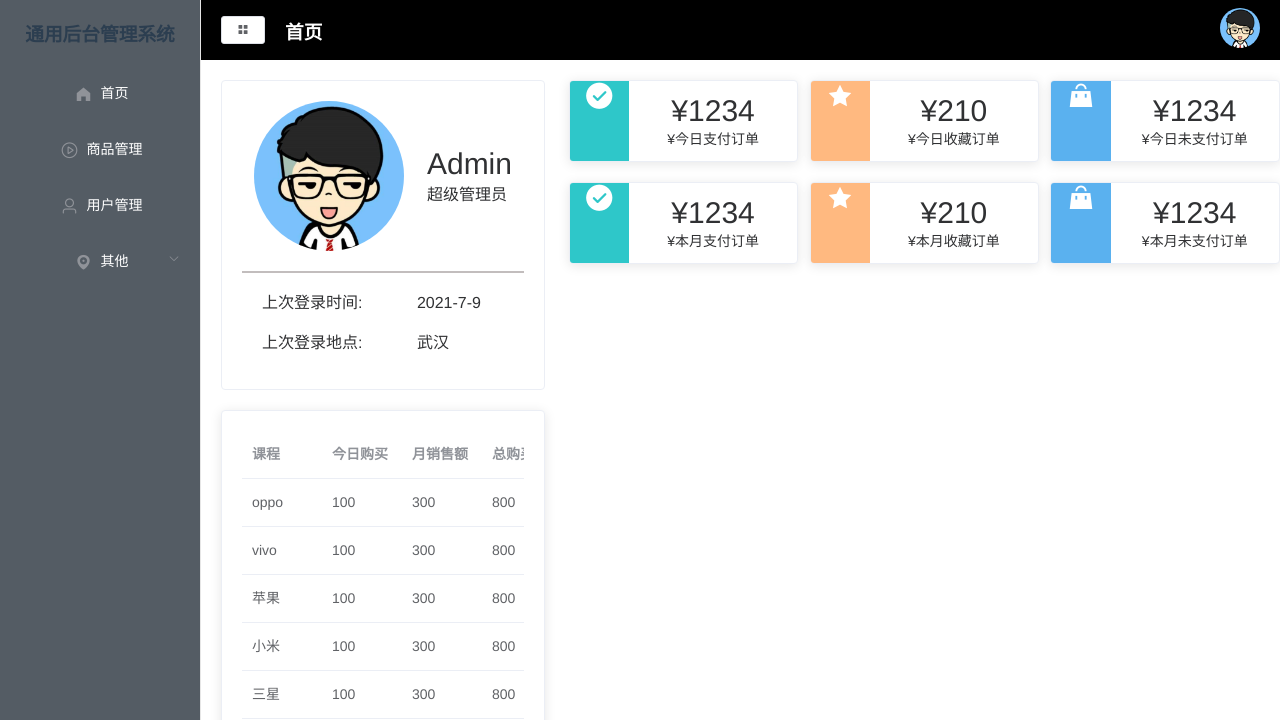
Repository: 385841539/VueStudy
Page: / (app in vue_cli/)
An editor plug-in stored every save of this project. The page is shown before and after a run of saves, followed by the edit.
The browser window is 1280 px wide. The pictures show the whole page.
An inner scrolling area shows only its first screen. The project was rebuilt for these pictures with package versions that can differ from the ones it lists, and the page was loaded fresh each time. Also part of the build but not shown: vue_cli/vue.config.js.

Above is the page before, as saved 2022-01-13 15:16:44.

### vue_cli/public/index.html
<!DOCTYPE html>
<html lang="">

<head>
  <meta charset="utf-8">
  <meta http-equiv="X-UA-Compatible" content="IE=edge">
  <meta name="viewport" content="width=device-width,initial-scale=1.0">
  <link rel="icon" href="<%= BASE_URL %>favicon.ico">
  <title>
    <%= htmlWebpackPlugin.options.title %>
  </title>
  <style>
    body {

      padding: 0px;
      margin: 0px;
      width: 100%;
      height: 100%;

    }
  </style>
</head>

<body>
  <noscript>
    <strong>We're sorry but <%= htmlWebpackPlugin.options.title %> doesn't work properly without JavaScript enabled.
        Please enable it to continue.</strong>
  </noscript>
  <div id="app"></div>
  <!-- built files will be auto injected -->
</body>

</html>

### vue_cli/src/main.js
import Vue from 'vue'
import App from './App.vue'
import './registerServiceWorker'
import router from './router'
import store from './store'

import ElementUI from 'element-ui';
import 'element-ui/lib/theme-chalk/index.css';

Vue.use(ElementUI);


Vue.config.productionTip = false



new Vue({
  router,
  store,
  render: h => h(App)
}).$mount('#app')

### vue_cli/src/App.vue
<template>
  <div id="app">
    <!-- <p>这是一个P段落</p>
    <el-button>按钮</el-button>
    <el-button type="info">信息</el-button>
    <el-radio v-model="radio" label="1">备选项1</el-radio>
    <el-radio v-model="radio" label="2">备选项1</el-radio>

    <div>
      <router-link to="/">去home组件</router-link>
      <router-link to="/about">去about组件</router-link>
    </div> -->

    <router-view></router-view>
  </div>
</template>
<script>


export default {
  data() {
    return {
      radio: "1",
    };
  },
};
</script>


<style lang="scss">
#app {
  font-family: Avenir, Helvetica, Arial, sans-serif;
  -webkit-font-smoothing: antialiased;
  -moz-osx-font-smoothing: grayscale;
  text-align: center;
  color: #2c3e50;
}

#nav {
  padding: 30px;

  a {
    font-weight: bold;
    color: #2c3e50;

    &.router-link-exact-active {
      color: #42b983;
    }
  }
}
</style>

### vue_cli/src/router/index.js
import Vue from 'vue'
import VueRouter from 'vue-router'
import Main from '../views/Main.vue'

Vue.use(VueRouter)

const routes = [
  {
    path: '/',
    name: 'main',
    component: Main,
    children: [

      {
        path: "/",
        name: "home",
        component: () => import('@/views/Home/Home')

      },
      {
        path: "/mall",
        name: "mall",
        component: () => import('@/views/Mall/Mall')

      },

    ]
  },
  {
    path: '/about',
    name: 'About',
    // route level code-splitting
    // this generates a separate chunk (about.[hash].js) for this route
    // which is lazy-loaded when the route is visited.
    component: () => import(/* webpackChunkName: "about" */ '../views/About.vue')
  }
]

const router = new VueRouter({
  mode: 'history',
  base: process.env.BASE_URL,
  routes
})

export default router

### vue_cli/src/store/index.js
import Vue from 'vue'
import Vuex from 'vuex'
import tab from "./tab"

Vue.use(Vuex)

export default new Vuex.Store({
  state: {
  },
  mutations: {
  },
  actions: {
  },
  modules: {
    tab
  }
})

### vue_cli/src/views/Main.vue
<template>
  <el-container style="height: 100vh">
    <el-aside width="auto">
      <CommonAside></CommonAside>
    </el-aside>
    <el-container>
      <el-header>
        <CommonHeader></CommonHeader>
      </el-header>
      <el-main>
        <router-view></router-view>
      </el-main>
    </el-container>
  </el-container>
</template>

<script>
// @ is an alias to /src
import CommonAside from "../components/CommonAside.vue";
import CommonHeader from "../components/CommonHeader.vue";

export default {
  name: "main",
  components: {
    CommonAside,
    CommonHeader,
  },
};
</script>
<style lang='scss' scoped>
.el-container {
  padding: 0px;
  max-width: 100%;
}
.el-aside {
  margin: 0px;
  padding: 0px;
}
.el-header {
  background-color: black;
  width: 100%;
  padding: 0%;
  margin: 0%;
}
.el-main {
  padding: 0px;
  height: 100%;
  width: 100%;
}
.router-view {
  padding: 0px;
  height: 100%;
  width: 100%;
}
</style>

### vue_cli/src/views/Home/Home.vue




<template>
  <div>
    <el-row :gutter="24">
      <el-col :span="8" style="margin-top: 20px">
        <el-card shadow="hover">
          <div class="user">
            <img :src="userImg" />
            <div class="userInfo">
              <p style="font-size: 30px">Admin</p>
              <p>超级管理员</p>
            </div>
          </div>

          <div class="loginInfo">
            <p>上次登录时间: <span>2021-7-9</span></p>
            <p>上次登录地点: <span>武汉</span></p>
          </div>
        </el-card>
        <el-card style="height: 470px; margin-top: 20px">
          <el-table :data="tableData">
            <el-table-column
              show-overflow-tooltip
              v-for="(value, key) in tableLabel"
              :key="key"
              :prop="key"
              :label="value"
            ></el-table-column>
          </el-table>
        </el-card>
      </el-col>
      <el-col :span="16" style="margin-top: 20px">
        <div class="num">
          <el-card
            shandow="hover"
            v-for="item in countData"
            :key="item.name"
            :body-style="{ display: 'flex', padding: 0 }"
          >
            <i
              class="icon"
              :class="`el-icon-${item.icon}`"
              :style="{ background: item.color }"
            ></i>
            <div class="detail">
              <p class="num">¥{{ item.value }}</p>
              <p class="txt">¥{{ item.name }}</p>
            </div>
          </el-card>
        </div>
      </el-col>
    </el-row>
  </div>
</template>



<script>
export default {
  data() {
    return {
      userImg: require("../../assets/images/user.png"),
      tableData: [
        {
          name: "oppo",
          todayBuy: 100,
          monthBuy: 300,
          totalBuy: 800,
        },
        {
          name: "vivo",
          todayBuy: 100,
          monthBuy: 300,
          totalBuy: 800,
        },
        {
          name: "苹果",
          todayBuy: 100,
          monthBuy: 300,
          totalBuy: 800,
        },
        {
          name: "小米",
          todayBuy: 100,
          monthBuy: 300,
          totalBuy: 800,
        },
        {
          name: "三星",
          todayBuy: 100,
          monthBuy: 300,
          totalBuy: 800,
        },
        {
          name: "魅族",
          todayBuy: 100,
          monthBuy: 300,
          totalBuy: 800,
        },
      ],
      tableLabel: {
        name: "课程",
        todayBuy: "今日购买",
        monthBuy: "月销售额",
        totalBuy: "总购买量",
      },
      countData: [
        {
          name: "今日支付订单",
          value: 1234,
          icon: "success",
          color: "#2ec7c9",
        },
        {
          name: "今日收藏订单",
          value: 210,
          icon: "star-on",
          color: "#ffb980",
        },
        {
          name: "今日未支付订单",
          value: 1234,
          icon: "s-goods",
          color: "#5ab1ef",
        },
        {
          name: "本月支付订单",
          value: 1234,
          icon: "success",
          color: "#2ec7c9",
        },
        {
          name: "本月收藏订单",
          value: 210,
          icon: "star-on",
          color: "#ffb980",
        },
        {
          name: "本月未支付订单",
          value: 1234,
          icon: "s-goods",
          color: "#5ab1ef",
        },
      ],
    };
  },
};
</script>


<style  lang="scss" scoped>
// div {
//   background: blue;
//   height: 100%;
//   padding: 0px;
//   margin: 0px;
// }
.el-card {
  margin-left: 20px;
}

.user {
  display: flex;
  align-items: center;
  justify-content: space-around;
  border-bottom: 2px solid rgb(194, 189, 189);

  padding-bottom: 20px;
  .userInfo {
    text-align: start;

    p {
      margin: 0px;
    }
  }
  img {
    width: 150px;
    height: 150px;
    border-radius: 50%;
  }
}

.loginInfo {
  // background-color: yellowgreen;
  margin-top: 0px;
  text-align: start;
  padding-left: 20px;

  span {
    margin-left: 50px;
  }
}

.num {
  display: flex;
  flex-wrap: wrap;
  justify-content: space-between;
  margin: 0px;
  .el-card {
    margin: 0px;
    width: 32%;
    margin-bottom: 20px;
    height: 80px;
  }
  .icon {
    font-size: 30px;
    width: 80px;
    height: 80px;
    text-align: center;
color: #fff;
  }
  .detail {
    display: flex;
    flex-direction: column;
    justify-content: center;
    width: 100%;

    .num {
      font-size: 30px;

      justify-content: center;
    }
    .txt {
      font-size: 14px;
      justify-content: center;
    }
    p {
      margin: 0px;
    }
  }
}
</style>

### vue_cli/src/store/tab.js
export default {


    state: {

        isCollapse: false

    },


    mutations: {

        collaspseMenu(state) {
            state.isCollapse = !state.isCollapse

        }



    }


}

### vue_cli/src/components/CommonAside.vue
<template>
  <el-menu
    class="el-menu-vertical-demo"
    :collapse="isCollapse"
    background-color="#545c64"
    text-color="#fff"
    active-text-color="#ffd04b"
  >
    <h3>{{ getName }}</h3>

    <el-menu-item
      :index="item.path"
      v-for="item in noChildren"
      :key="item.name"
      @click="clickMenu(item)"
    >
      <i :class="'el-icon-' + item.icon"></i>
      <span slot="title">{{ item.label }}</span>
    </el-menu-item>

    <el-submenu
      :index="item.label"
      v-for="item in hazChildren"
      :key="item.label"
    >
      <div slot="title">
        <i :class="'el-icon-' + item.icon"></i>
        <span>{{ item.label }}</span>
      </div>

      <el-menu-item-group>
        <el-menu-item
          v-for="(subItem, subIndex) in item.children"
          :index="subItem.path"
          :key="subIndex"
        >
          <i :class="'el-icon-' + subItem.icon"></i>
          <span slot="title">{{ subItem.label }}</span>
        </el-menu-item>
      </el-menu-item-group>
    </el-submenu>
  </el-menu>
</template>

<style>
.el-menu-vertical-demo:not(.el-menu--collapse) {
  width: 200px;
  height: 100%;
  min-height: 400px;
}

</style>


<script>
export default {
  data() {
    return {
      menu: [
        {
          path: "/",
          name: "home",
          label: "首页",
          icon: "s-home",
          url: "Home/Home",
        },
        {
          path: "/mall",
          name: "mall",
          label: "商品管理",
          icon: "video-play",
          url: "MallManage/MallManage",
        },
        {
          path: "/user",
          name: "user",
          label: "用户管理",
          icon: "user",
          url: "UserMange/UserMange",
        },
        {
          label: "其他",
          icon: "location",
          children: [
            {
              path: "/page1",
              name: "page1",
              label: "页面1",
              icon: "setting",
              url: "Other/PageOne",
            },
            {
              path: "/page2",
              name: "page2",
              label: "页面2",
              icon: "setting",
              url: "Other/PageTwo",
            },
          ],
        },
      ],
    };
  },
  methods: {
    clickMenu(item) {
      console.log(item);
      this.$router.push({ name: item.name });
    },
  },
  computed: {
    isCollapse() {
      return this.$store.state.tab.isCollapse;
    },
    getName() {
      if (this.isCollapse) return "后台";

      return "通用后台管理系统";
    },
    noChildren() {
      return this.menu.filter((item) => {
        console.log(item);
        return !item.children;
      });
    },
    hazChildren() {
      return this.menu.filter((item) => item.children);
    },
  },
};
</script>

### vue_cli/src/components/CommonHeader.vue
<template>
  <header>
    <div class="l-content">
      <el-button
        plain
        icon="el-icon-menu"
        size="mini"
        v-on:click="handleMenu"
      ></el-button>
      <h3 class="home-title">首页</h3>
    </div>

    <div class="r-content">
      <el-dropdown szie="mini" trigger="click">
        <span>
          <img :src="userImg" class="user" />
        </span>

        <el-dropdown-menu slot="dropdown">
          <el-dropdown-item>个人中心</el-dropdown-item>
          <el-dropdown-item>个人中心1</el-dropdown-item>
        </el-dropdown-menu>
      </el-dropdown>
    </div>
  </header>
</template>



<script>
export default {
  data() {
    return {
      userImg: require("../assets/images/user.png"),
    };
  },

  methods: {
    handleMenu() {
      this.$store.commit("collaspseMenu");
    },
  },
};
</script>


<style  lang="scss" scoped>
header {
  display: flex;
  height: 100%;
  width: 100%;
  align-items: center;
  justify-content: space-between;
  padding: 0;
  margin: 0;
}

.home-title {
  color: white;
}

.l-content {
  display: flex;
  align-items: center;
  margin-left: 20px;
  .el-button {
    margin-right: 20px;
  }
}

.r-content {
  .user {
    width: 40px;
    height: 40px;
    border-radius: 50%;
    margin-right: 20px;
  }
}
</style>

Loaded but not shown: vue_cli/src/registerServiceWorker.js (common file)

After the next 2 saves:
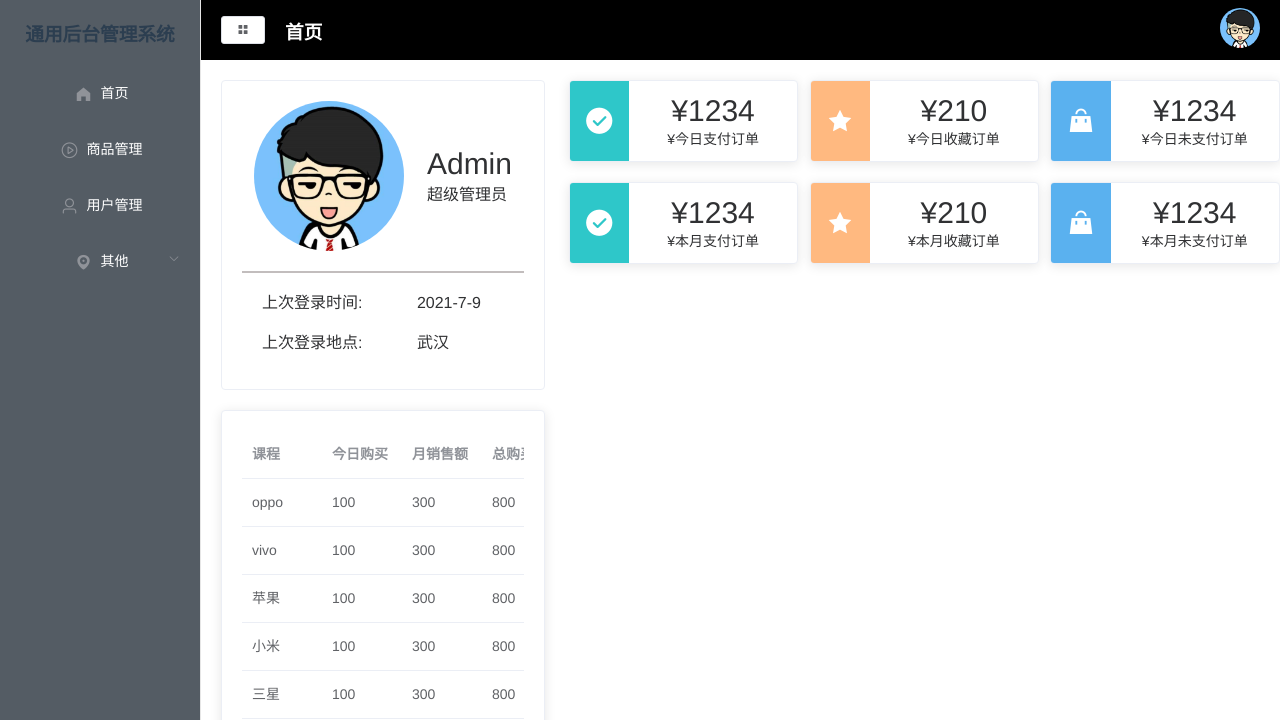
The 2 saves are shown as one change because they came seconds apart.
The last was saved 23 s later.
--- a/vue_cli/src/views/Home/Home.vue
+++ b/vue_cli/src/views/Home/Home.vue
@@ -210,7 +210,11 @@ export default {
     width: 80px;
     height: 80px;
     text-align: center;
-color: #fff;
+    align-items: center;
+    align-content: center;
+    justify-content: center;
+    justify-items: center;
+    color: #fff;
   }
   .detail {
     display: flex;
